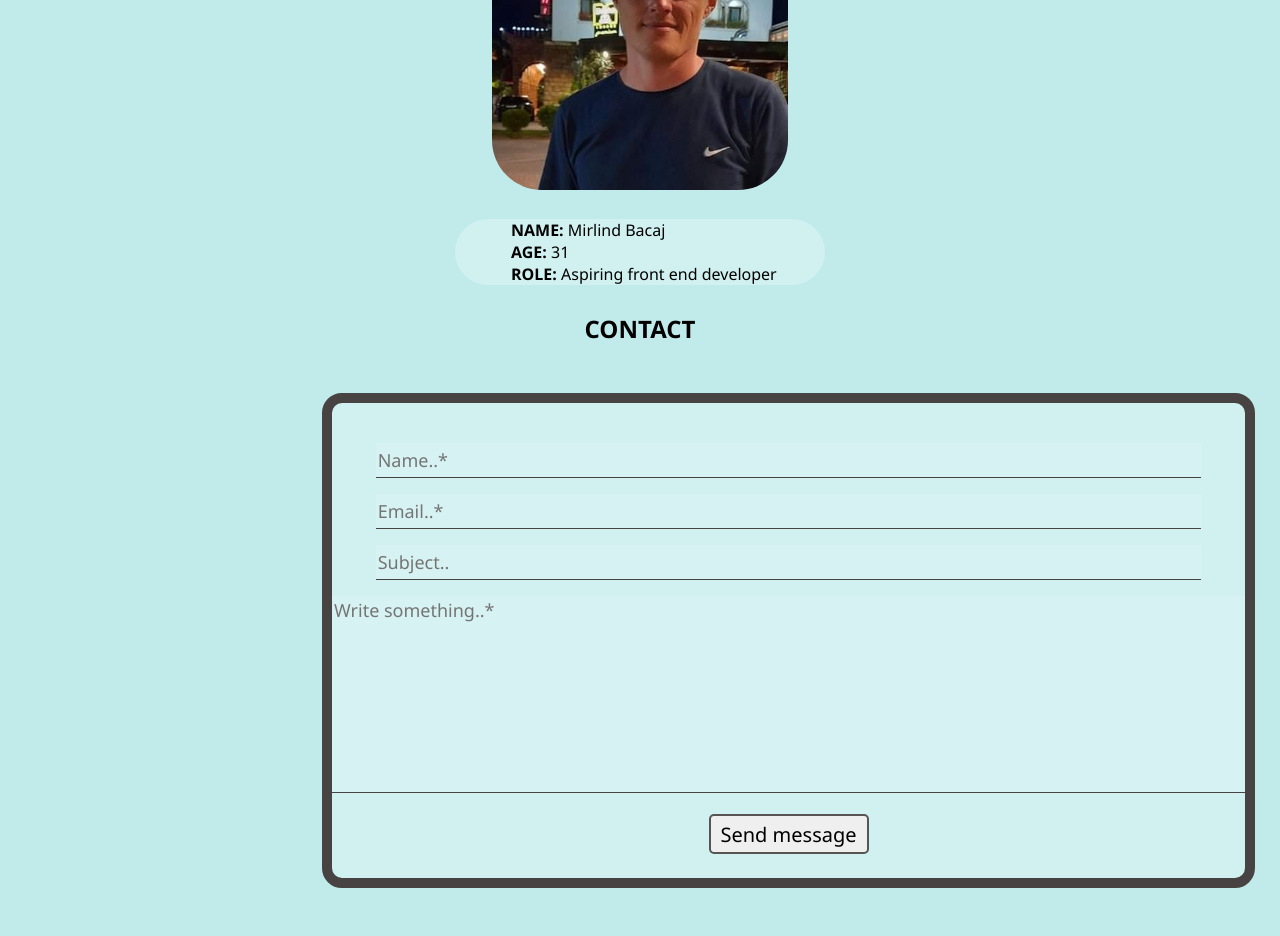
Repository: mirkbirki/mirkbirki.github.io
Page: index.html
These files come from the project's save history. The page is drawn as it stood at one moment and after the next save; the edit follows.
The browser window is 1280 px wide. The pictures show the part of the page from y = 2227 to 3179 px (the page is 3163 px tall before and 3179 px after).
A picture or video elsewhere on the page could not be fetched, so the positions and the page height are approximate.

Above is the page before, as saved 2022-11-25 15:41:09.

After the next save:
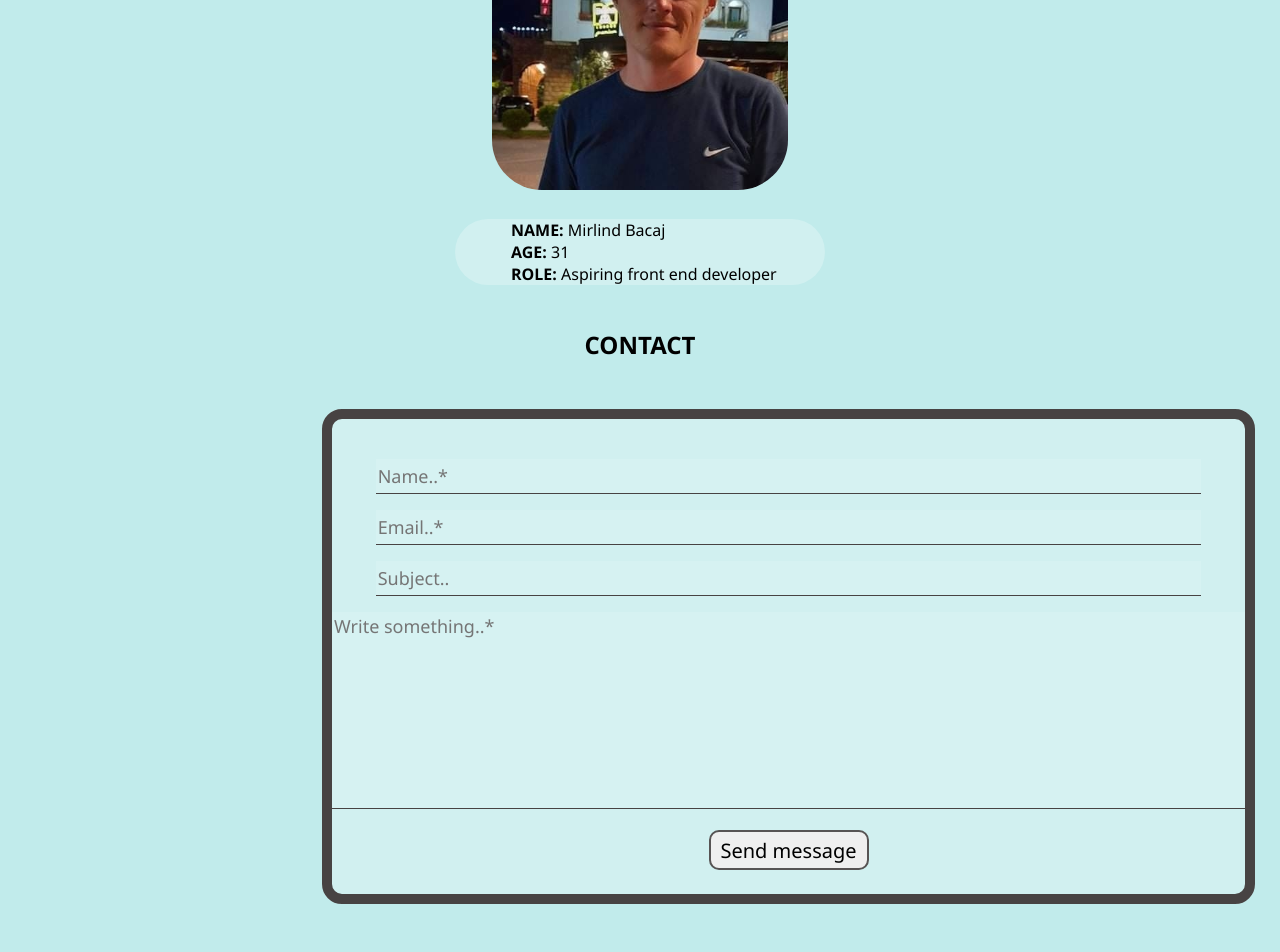
Saved 2 min 14 s later.
--- a/styles.css
+++ b/styles.css
@@ -83,7 +83,7 @@ nav a:hover {
 
 #projects {
   width: 80%;
-  margin: 8rem auto;
+  margin: 7.5rem auto;
   text-align: center;
 }
 
@@ -188,7 +188,7 @@ nav a:hover {
 
 #contact {
   text-align: center;
-  margin: -3rem auto 0 auto;
+  margin: -2rem auto 0 auto;
 }
 
 #contact form {
@@ -229,7 +229,7 @@ nav a:hover {
   font-size: 20px;
   font-weight: 500;
   border: 2px solid rgb(87, 84, 84);
-  border-radius: 5px;
+  border-radius: 10px;
 }
 
 @media screen and (max-width: 1280px) {
